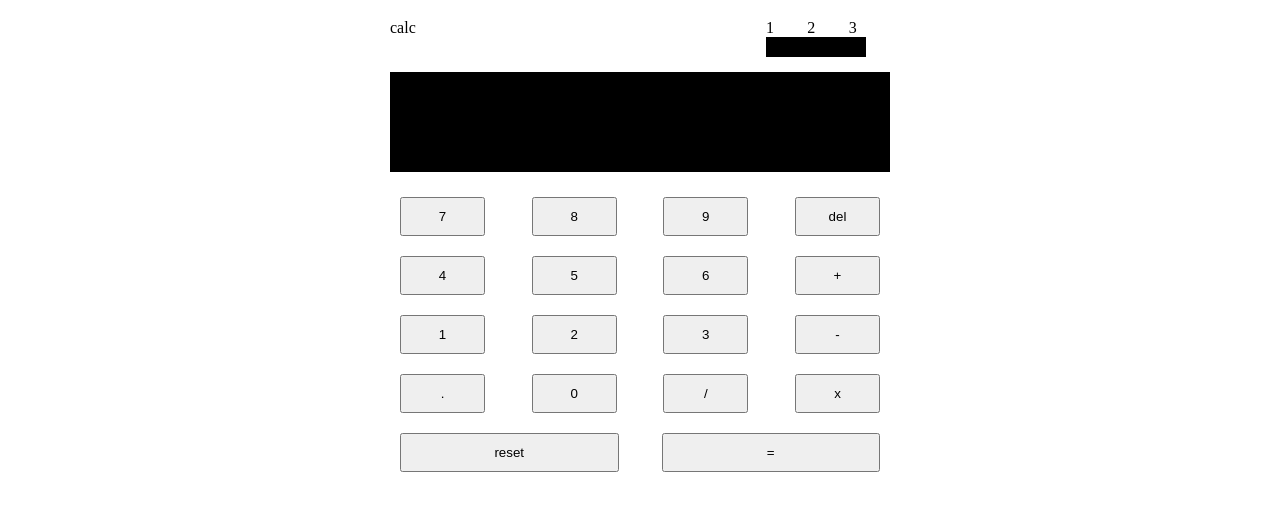
Repository: Eugene44-hub/basic-calculator
Page: index.html
The author's editor kept a copy of each file at every save. The page is drawn from the files as they stood at one save, then again after the next save.
The browser window is 1280 px wide. The pictures show the whole page.

Above is the page before, as saved 2021-10-01 14:45:14.
Console error: SyntaxError: Unexpected end of input

After the next save:
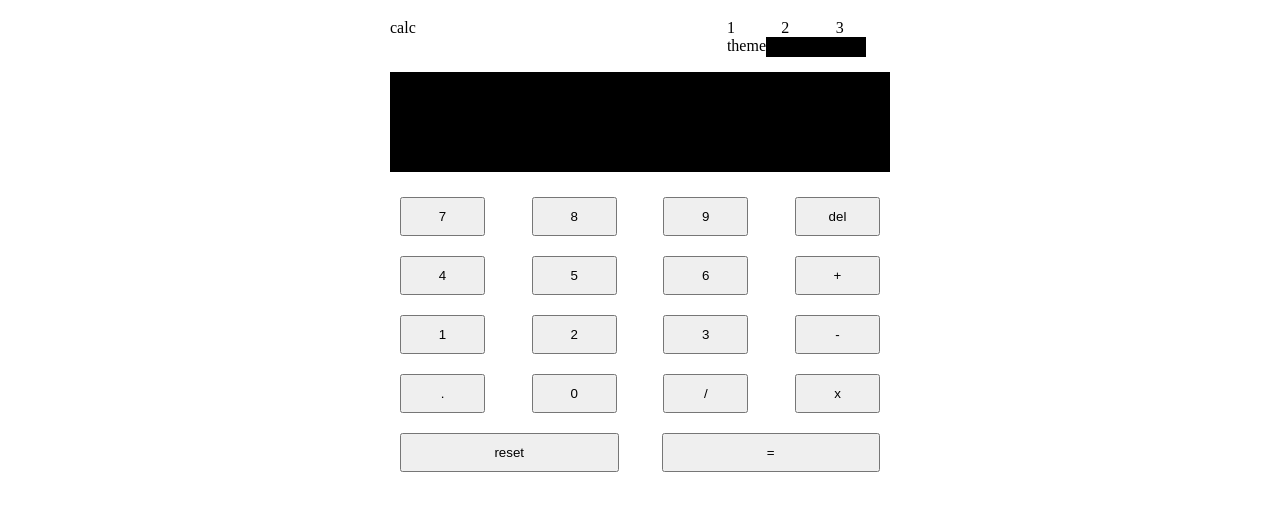
Saved 27 s later.
--- a/index.html
+++ b/index.html
@@ -19,6 +19,7 @@
                     <span id="one">1</span>
                     <span id="two">2</span>
                     <span id="three">3</span>
+                    <p>theme</p>
                     <div class="toggle"></div>
                 </div>
             </div>
